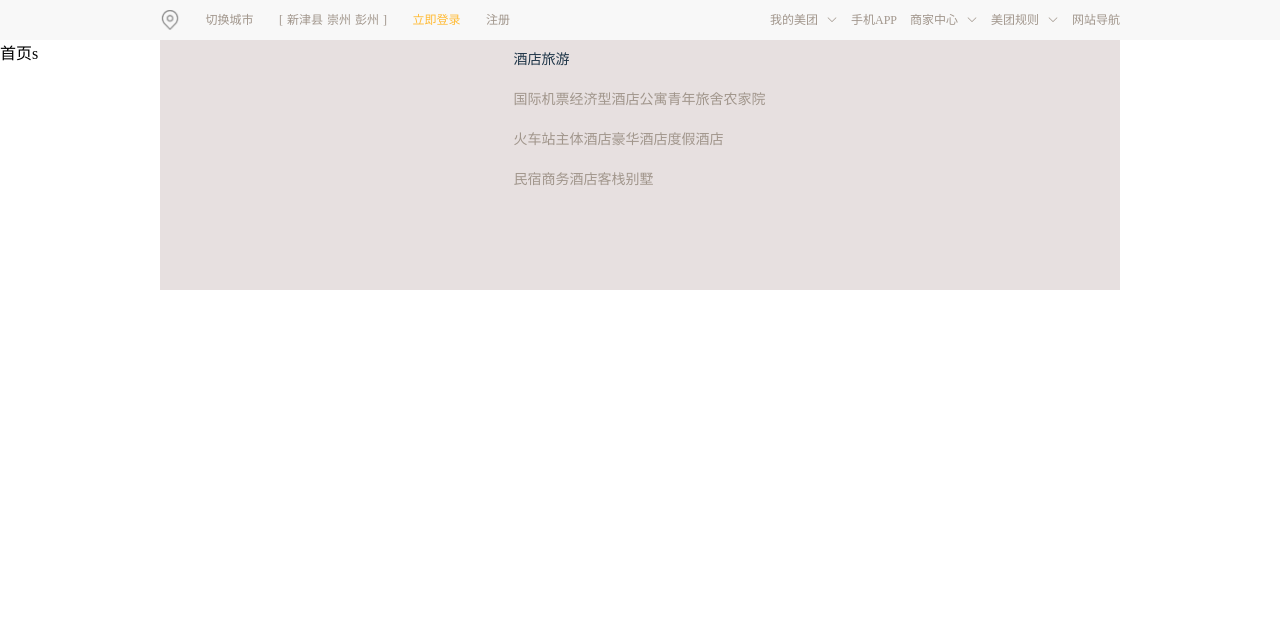
Repository: Wu-Tong-Xian/EasyMeituan
Page: /
An editor plug-in stored every save of this project. The page is shown before and after the next save, followed by the edit.
The browser window is 1280 px wide. The pictures show the whole page.
The page's requests for data from a server got no answer. The project was rebuilt for these pictures with package versions that can differ from the ones it lists, and the page was loaded fresh each time. No one was signed in, and anything a server would have sent is missing. Also part of the build but not shown: vue.config.js.

Above is the page before, as saved 2020-08-20 15:49:06.

### src/main.js
import Vue from 'vue'
import App from './App.vue'
import router from './router'
import store from './store'
import api from './http/api'  //引入http 里封装的api
// 因为封装了axios 在http引入了
// import axios from 'axios'//引入axios
// Vue.prototype.$axios = axios;//把axios挂载到vue上

// 引入element ui
import ElementUI from 'element-ui';
import 'element-ui/lib/theme-chalk/index.css';

Vue.config.productionTip = false
Vue.prototype.$api =api
Vue.use(ElementUI);

new Vue({
  router,
  store,
  render: h => h(App)
}).$mount('#app')

### src/App.vue
<template>
  <div id="app">
    <router-view/>

  </div>
</template>

<style lang="scss">
@import "./style/components";
</style>

### src/router/index.js
import Vue from 'vue'
import VueRouter from 'vue-router'
import Home from '../views/Home.vue'
import layout from '../views/layout/layout.vue'

Vue.use(VueRouter)

  const routes = [
    {
      path:'/home',
      redirect:'/'
    },
  {
    path: '/',
    name: 'layout',
    component: layout,
    children:[{
      path:'',
      name:'/home',
      component:Home,
      meta:{
        title:'首页',
      },
    },
    {
      path: '/citySelection',
      name: 'citySelection',
      component: () => import( '../views/citySelection/citySelection.vue'),
      meta:{
        title:'城市选择',
      },
    },
    {
      path: '/detail',
      name: 'detail',
      component: () => import(/* webpackChunkName: "about" */ '../views/detail/detail.vue'),
      meta:{
        title:'详情页',
      },
    },
  ]
  },
  {
    path: '/login',
    name: 'login',
    component: () => import(/* webpackChunkName: "about" */ '../views/login/login'),
    meta:{
      title:'登录页',
    },
  },
  {
    path: '/phoneApp',
    name: 'phoneApp',
    component: () => import(/* webpackChunkName: "about" */ '../views/phoneApp/phoneApp'),
    meta:{
      title:'手机App',
    },
  },
  {
    path: '/register',
    name: 'register',
    component: () => import(/* webpackChunkName: "about" */ '../views/register/register'),
    meta:{
      title:'登录页',
    },
  },
  {
    path:'*',
    component: () => import(/* webpackChunkName: "about" */ '../views/err/err'),
  }

]

const router = new VueRouter({
  mode: 'history',
  base: process.env.BASE_URL,
  routes
})


//  设置 白名单： 登陆 注册  找回密码/
// let whitePath = [ '/login','/register','/findPwd']
// // let whitePath = [ '/login']

router.beforeEach((to,from,next) =>{
//   // 通过路由源信息（meta（写在路由后 在上面））给浏览器绑定名字
  document.title =to.meta.title
//   let user =JSON.parse(localStorage.getItem('user'))
//   // 如果用户跳转的就是登录页面就让他直接去
//   // 设置了白名单 这里就可以修改为
//   if(whitePath.includes(to.path)) {
//   // if(to.path === '/login') {
    next()
//   }else {
//     // 如果有user就让他调转其他页面 否则就调转到本页面
//       user ? next() : next('/login')
//     }
})


export default router

### src/http/api.js
// import api from './http/api'  //需要在main.js 里面引入 里封装的api
// Vue.prototype.$api =api      //需要在main.js 里面引入 里封装的api

//是用来封装所有的请求
import service from "./index" //http 下面叫index的 必须省略index.js
// import { get } from "core-js/fn/dict"
// import { get } from "core-js/fn/dict"

// export default{} 里面所有的属性就是请求方法
export default {
  // 3. 分类查询(get)   /classification?mallSubId=${id}   参数:  id:默认分类的id
  getClassification(id) {
    return service.get(`/classification?mallSubId=${id}`)
  },
  // 14. 获取用户信息(post) /queryUser
  getqueryUser() {
    return service.post(`queryUser`)
  },
  // 15. 修改保存用户信息(post) //saveUser 参数: gender:性别 year:年 month:月 day:日 id:用户id nickname:昵称
  getsaveUser({    gender,    year,    month,    day,    id,    nickname
  }) {
    return service.post('saveUser', {  gender,  year,  month, day, id,  nickname
    })
  },
  // 16. 查询用户订单数量(get)  // /myOrder/orderNum
  getorderNum() {
    return service.get(`/myOrder/orderNum`)
  },
// 上面是pc 发请求get(有参数跟没参数示例) post(有参数,跟没参数)




  // ###  获取定位  ```js   http://localhost:8888/position ```
  getposition() {
    return service.get(`/position`)
  },

  // ### 获取所有省份 ```js   http://localhost:8888/province```
  getProvince() {
    return service.get(`/province`)
  },

  // ### 获取省份所有城市  http://localhost:8888/citys/省份id
  getCitys(id) {
    return service.get(`/citys?id=${id}`)
  },

  // ### 获取城市具体信息  ``` js   http://localhost:8888/crumbs?city=城市名
  getcrumbs(city) {
    return service.get(`/crumbs?city=${city}`)
  },

  // ### 省市关联   http://localhost:8888/city
  getcity() {
    return service.get(`/city`)
  },

  // ### 热门城市   http://localhost:8888/hotCity
  gethotCity() {
    return service.get(`/hotCity`)
  },
  // ### 全部分类   http://localhost:8888/menu
  getmenu() {
    return service.get(`/menu`)
  },
  // ### 热门搜索   http://localhost:8888/hotPlace?city=城市名```
  gethotPlace(city) {
    return service.get(`/hotPlace?city=${city}`)
  },
  // ### 搜索建议    http://localhost:8888/searchTop?city=城市名&input=关键词```
  getsearchTop(city,input) {
    return service.get(`/searchTop?city=${city}&input=${input}`)
  },
  // ### 根据关键词搜索  http://localhost:8888/results?city=城市名&keyword=关键词 ```
  getresults(city,keyword) {
    return service.get(`results?city=${city}&input=${keyword}`)
  },
  // ### 商铺详情  http://localhost:8888/products?keyword=商铺名称&city=城市名```
  getproducts(keyword,city) {
    return service.get(`/products?keyword=${keyword}&city=${city}`)
  },
  // ### 有格调 (调关键词搜索接口)   #### 对应的tab
  // - 约会聚餐 => 美食   - 丽人spa => 丽人   - 电影演出 => 电影
  // - 品质出游 => 旅游   - 全部 => 景点    ### 登录

  // ### 登录 http://localhost:8888/users/login (post)  参数: username: 用户名 password: 密码
  postlogin({ username,  password  }) {
    return service.post('/users/login', {  username,  password    })
  },

  // ### 注册  http://localhost:8888/users/register (post)参数:
  //   - username: 用户名  - password: 密码  - email: 邮箱
  postregister({ username, password, email}) {
    return service.post('/users/register', {  username, password, email })
  },

  // ### 需要用到的图片路径

  //s0.meituan.net/bs/fe-web-meituan/2d05c2b/img/avatar.jpg
  //p0.meituan.net/codeman/843d7347cb20d945e4bc39b6403f0515182965.png
  //p1.meituan.net/codeman/16442c19da1f1c4544f794e29d99c92051716.jpg
  //p1.meituan.net/codeman/5b21cddb4bb1cbc3a9c3bce0f726c75940469.jpg
  //p0.meituan.net/codeman/e473bb428f070321269b23370ff02ba956209.jpg
  //s1.meituan.net/bs/fe-web-meituan/60ac9a0/img/download-qr.png
  //s0.meituan.net/bs/file/?f=fe-sso-fs:build/page/static/banner/www.jpg

  // ### 协议链接   http://www.meituan.com/about/terms

  //登录 请求示例  第一种协防
  // login(params){
  //   //所有的方法必须return
  //   return service.post('/user/login',params)
  // },

  // 实例 第二种方法  解构赋值的写法
  // login(username,password) {
  //   return service.post('./user/login',{
  //     // username:username,
  //     username,   //简写其实是上面那样的 所以实参也是username
  //     password
  //   })
  // },

  //示例 获取所有文章  平时用字符转 ，如果有参数就用模板字符串
  // allArticle(id){
  //   return service.get(`./article/allArticle?id=${id}`)
  // },
  //示例 获取所有文章 get请求两个参数的情况
  // allArticle(){
  //   return service.get(`./article/allArticle?id=${id}&num=${num}`)
  // }
  // 上面是get post 封装请求的示例 封装完之后在main.js 里引用这个文件
  //   import api from "./http/api"
  //   Vue.pprototype 的原型链上自己取一个名字 特殊一点
  //   Vue.pprototype.$api =api
}

### src/style/components.scss
/* 整理出来的css 公共样式 */

* {
  padding: 0;
  margin: 0;
}

.d-block {
  display: block;
}

// 文字居中
.t-center {
  text-align: center;
}

/* display */

.fl {
  display: flex;
}

.j-center {
  justify-content: center;
}

/* 两边有间距比everny大一点中间等分 */

.j-around {
  justify-content: space-around;
}

/* 左右靠边 中间等分 */

.j-between {
  justify-content: space-between;
}

/* 两边有间距中间等分 */

.j-evenly {
  justify-content: space-evenly;
}

// 常用盒子大小
.w-1200 {
  width: 1200px;
}

.w-1000 {
  width: 1000px;
}

// 常用字体的两个颜色和大小
.colg {
    color: #A1968C;
}

.colb {
    color: #1D3447;
}

.colw {
    color: #F9F9F9;
}
.colr{
    color: red;
}

.fz12 {
  font-size: 12px;
}

.fz14 {
  font-size: 14px;
}

.fz18 {
  font-size: 20px;
}

.pd-t20 {
  padding-top: 20px;
}

.pd-t10 {
  padding-top: 10px;
}

.pd-tb20 {
  padding: 20px 0 20px 0;
}
.mg-lr10 {
  margin: 0 20px 0 20px;
}
// 外边距
.m0 {
  margin: 0 auto;
}

.mg20 {
  margin: 20px;
}

.mg-b20 {
  margin-bottom: 20px;
}

.mg-tb20 {
  margin: 20px 0 20px 0;
}

.mg-t10 {
  margin-top: 10px;
}

.mg-tb10 {
  margin: 10px 0 10px 0;
}

.mg-l20 {
  margin-left: 20px;
}

.mg-l10 {
  margin-left: 10px;
}

.mg-t20 {
  margin-top: 20px;
}

.mg-r20 {
  margin-right: 20px;
}

.mg-r10 {
  margin-right: 10px;
}
.mg-lr20 {
  margin: 0 20px 0 20px;
}

// 桌面背景颜色
.box {
  background: #f9f9f9;
}
// 鼠标附上去改变颜色
.h-hover:hover {
  color: #FFBB36;
}
.c-hover:hover {
  color: #000;
}
// 超出部分自动换行
.fl-wrap {
  flex-wrap: wrap;
}
// 超出部分不换行  为了横向移动效果
fl-nowrap {
  flex-wrap: nowrap;
}
// 超出本分文字隐藏 用..表示
.t-none {
  white-space: nowrap;
  overflow: hidden;
  text-overflow: ellipsis;
  width: 28vm;
}
// 鼠标移过变小手
.c-pointer {
  cursor: pointer;
}

.t-l{
  text-decoration:line-through
}
//  在顶部盒子取一个类名 吸顶效果
.ceiling {
  position:fixed;
  width:100%;
  z-index:999;
  background: #ededed;
}
// 下滑线
.t-u{
  text-decoration:underline
}
// 删除线
.t-l{
  text-decoration:line-through
}// 上滑线
.t-o{
  text-decoration:overline
}
.p-r{
  position: relative;
}
.mg-t2{
  margin-top:2px;
}

### src/views/Home.vue
<template>
 <div>
  首页s
 </div>
</template>

<script>
 export default {
   name: '',
   props: {
   },
   components: {

   },
   data () {
     return {

     }
   },
   methods: {

   },
   mounted() {

   },
   watch: {

   },
   computed: {

   }
 }
</script>

<style scoped lang='scss'>

</style>

### src/views/layout/layout.vue
<template>
  <div>
    <div class="head1">
      <div class="w960 fl j-between fz12 colg c-pointer">
        <!--头部左边-->
        <div class="fl left-head1 j-between">
          <div @click="open1" class="fl">
            <img class="position1" src="../../assets/position1.png" alt />
            <div>{{city}}</div>
          </div>
          <div @click="citySelection" class="h-hover">切换城市</div>
          <div @click="open" class="fl">
            <div>[</div>
            <div class="mg-lr4 h-hover">新津县</div>
            <div class="h-hover">崇州</div>
            <div class="mg-lr4 h-hover">彭州</div>
            <div>]</div>
          </div>
          <div @click="gologin" class="h-hover ys">立即登录</div>
          <div @click="goregister" class="h-hover">注册</div>
        </div>
        <!--头部又边-->
        <div class="fl p-r j-between left-head1">
          <!-- 下拉菜单 -->
          <el-dropdown size="mini">
            <span class="el-dropdown-link h-hover colg fz12">
              我的美团
              <i class="el-icon-arrow-down el-icon--right"></i>
            </span>
            <el-dropdown-menu slot="dropdown">
              <el-dropdown-item>我的订单</el-dropdown-item>
              <el-dropdown-item>我的收藏</el-dropdown-item>
              <el-dropdown-item>抵用卷</el-dropdown-item>
              <el-dropdown-item>账户设置</el-dropdown-item>
            </el-dropdown-menu>
          </el-dropdown>

          <div @click="gophoneApp" class="h-hover">手机APP</div>
          <!-- 下拉菜单 -->
          <el-dropdown size="mini">
            <span class="el-dropdown-link h-hover colg fz12">
              商家中心
              <i class="el-icon-arrow-down el-icon--right"></i>
            </span>
            <el-dropdown-menu slot="dropdown">
              <el-dropdown-item>美团商饮餐户</el-dropdown-item>
              <el-dropdown-item>登录商家中心</el-dropdown-item>
              <el-dropdown-item>美团只能收银</el-dropdown-item>
              <el-dropdown-item>我想合作</el-dropdown-item>
              <el-dropdown-item>手机免费开店</el-dropdown-item>
              <el-dropdown-item>餐饮代理商招募</el-dropdown-item>
              <el-dropdown-item>商家免费开票</el-dropdown-item>
              <el-dropdown-item>免费合作美团合作</el-dropdown-item>
            </el-dropdown-menu>
          </el-dropdown>
          <!-- 下拉菜单 -->
          <el-dropdown size="mini">
            <span class="el-dropdown-link h-hover colg fz12">
              美团规则
              <i class="el-icon-arrow-down el-icon--right"></i>
            </span>
            <el-dropdown-menu slot="dropdown">
              <el-dropdown-item>美团中心</el-dropdown-item>
              <el-dropdown-item>美团规则</el-dropdown-item>
              <el-dropdown-item>美团评议员</el-dropdown-item>
            </el-dropdown-menu>
          </el-dropdown>
          <div class="h-hover nav">网站导航</div>
          <!-- 网站导航 鼠标移入的样式 -->
          <div class="navigation">
            <div class="fl fz14 colg j-around">
              <div>
                <div class="colb">酒店旅游</div>
                <div class="fl box1">
                  <div>国际机票</div>
                  <div>经济型酒店</div>
                  <div>公寓</div>
                  <div>青年旅舍</div>
                  <div>农家院</div>
                </div>
                <div class="fl box1">
                  <div>火车站</div>
                  <div>主体酒店</div>
                  <div>豪华酒店</div>
                  <div>度假酒店</div>
                </div>
                <div class="fl box1">
                  <div>民宿</div>
                  <div>商务酒店</div>
                  <div>客栈</div>
                  <div>别墅</div>
                </div>
              </div>
            </div>
          </div>
        </div>
      </div>
    </div>
    <router-view></router-view>
  </div>
</template>

<script>
export default {
  name: "",
  props: {},
  components: {},
  data() {
    return {
      city: "",
    };
  },
  methods: {
    gophoneApp() {
      this.$router.push("phoneApp");
    },
    gologin() {
      this.$router.push("login");
    },
    goregister() {
      this.$router.push("register");
    },
    open() {
      this.$message("想太多,这里只是装饰");
    },
    open1() {
      this.$message("请点击又边的切换城市");
    },
    getpotions() {
      this.$api
        .getposition()
        .then((res) => {
          console.log(res);
          this.city = JSON.parse(res.data).city;
        })
        .catch((err) => {
          console.log(err);
        });
    },
    citySelection() {
      this.$router.push("citySelection");
    },
  },
  mounted() {
    this.getpotions();
  },
  watch: {},
  computed: {},
};
</script>

<style scoped lang='scss'>
.head1 {
  width: 100%;
  height: 40px;
  background: #f8f8f8;
}
.w960 {
  margin: 0 auto;
  width: 960px;
  height: 40px;
  line-height: 40px;
}
.position1 {
  width: 20px;
  height: 20px;
  margin-top: 10px;
}

.left-head1 {
  width: 350px;
}
.mg-lr4 {
  margin: 0 4px 0 4px;
}
.ys {
  color: #ffbb36;
}
.el-dropdown-item {
  color: #ffbb36;
}
.nav:hover {
  background: rgb(231, 224, 224);
}
.navigation {
  position: absolute;
  left: -174.4%;
  top: 100%;
  width: 960px;
  height: 250px;
  background: rgb(231, 224, 224);
}
.box1 {
}
</style>

### src/http/index.js
// http 专门用来发送请求
// 如果下面的文件叫index  可以不用引导index.js 只用到http
// 封装axios

import axios from 'axios'

//创建axios的实例    const service =axios.create(创造的意思) 是一个对象
const service =axios.create({
  // 请求的基础路径 如果配置了基础路径 在实际发请求的时候可以省略
  baseURL:'/api',
  // 超时时间配置 毫秒为单位：timeout
  timeout:10000   //如果发送请求超过10S就会请求失败
})



//相应拦截   固定写法
service.interceptors.response.use(res =>{
  return res.data   //之前都是res.data.data  现在就可以少些一层data
})
//export default(默认导出)
export default service

Loaded but not shown: public/index.html (common file); src/store/index.js (common file)

After the next save:
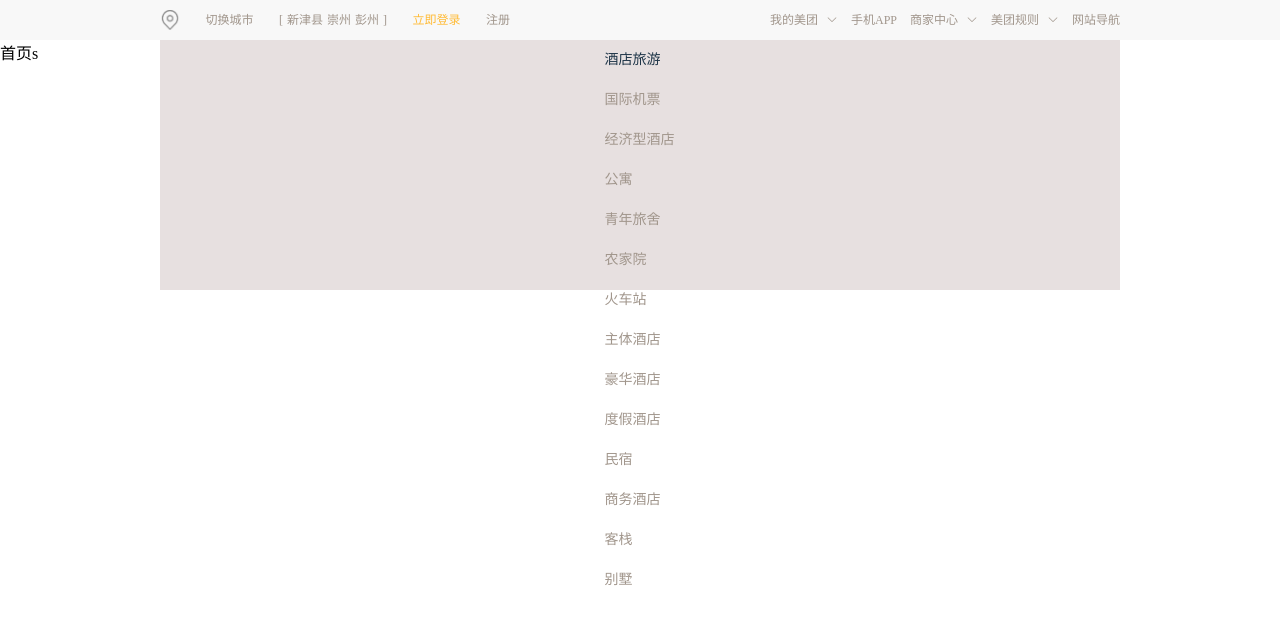
Saved 12 s later.
--- a/src/views/layout/layout.vue
+++ b/src/views/layout/layout.vue
@@ -71,20 +71,20 @@
             <div class="fl fz14 colg j-around">
               <div>
                 <div class="colb">酒店旅游</div>
-                <div class="fl box1">
+                <div class=" box1">
                   <div>国际机票</div>
                   <div>经济型酒店</div>
                   <div>公寓</div>
                   <div>青年旅舍</div>
                   <div>农家院</div>
                 </div>
-                <div class="fl box1">
+                <div class=" box1">
                   <div>火车站</div>
                   <div>主体酒店</div>
                   <div>豪华酒店</div>
                   <div>度假酒店</div>
                 </div>
-                <div class="fl box1">
+                <div class=" box1">
                   <div>民宿</div>
                   <div>商务酒店</div>
                   <div>客栈</div>
